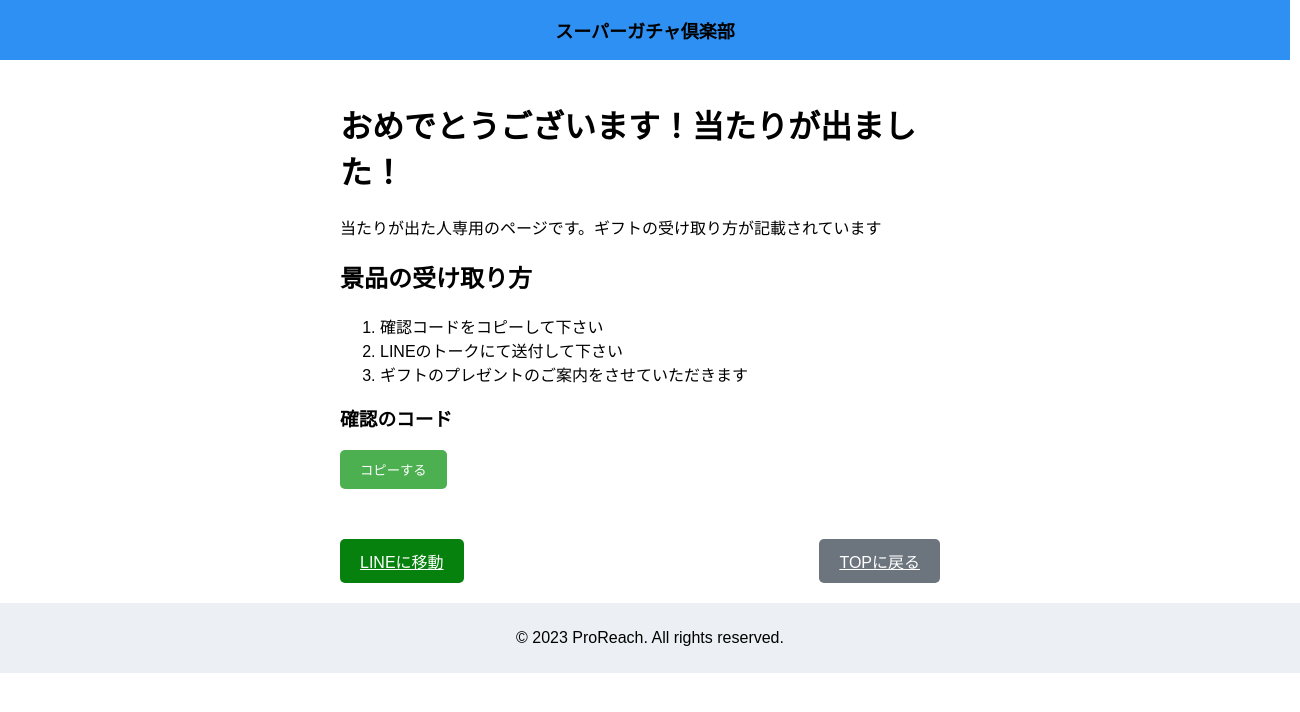
Repository: kskw0000/gggacha
Page: /winner (app in fronted/)
These files come from the project's save history. The page is drawn as it stood at one moment and after the next save; the edit follows.
The browser window is 1280 px wide. The page is 1300 px wide, so the pictures cover 1300 px, including what lies to the right of the window. The pictures show the whole page.
The project was rebuilt for these pictures with package versions that can differ from the ones it lists, and the page was loaded fresh each time. Also part of the build but not shown: fronted/src/components/css/GachaMachine.css, fronted/src/components/pages/GachaMachine.js, fronted/src/components/pages/Gacha.js.

Above is the page before, as saved 2023-07-01 08:57:13.

After the next save:
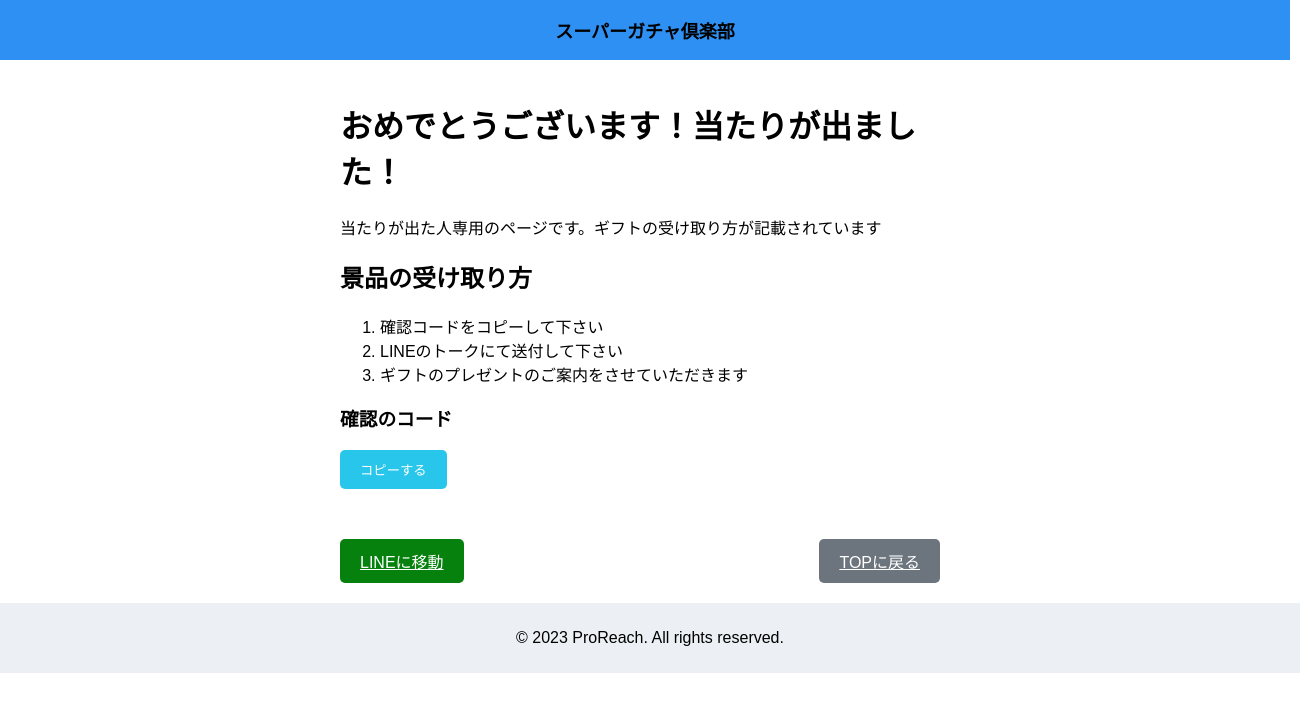
Saved 11 s later.
--- a/fronted/src/components/css/WinnerPage.css
+++ b/fronted/src/components/css/WinnerPage.css
@@ -21,7 +21,7 @@
 }
 
 .button.copy {
-    background-color: #4caf50;
+    background-color: #27c6ea;
     margin-bottom: 20px;
 }
 
